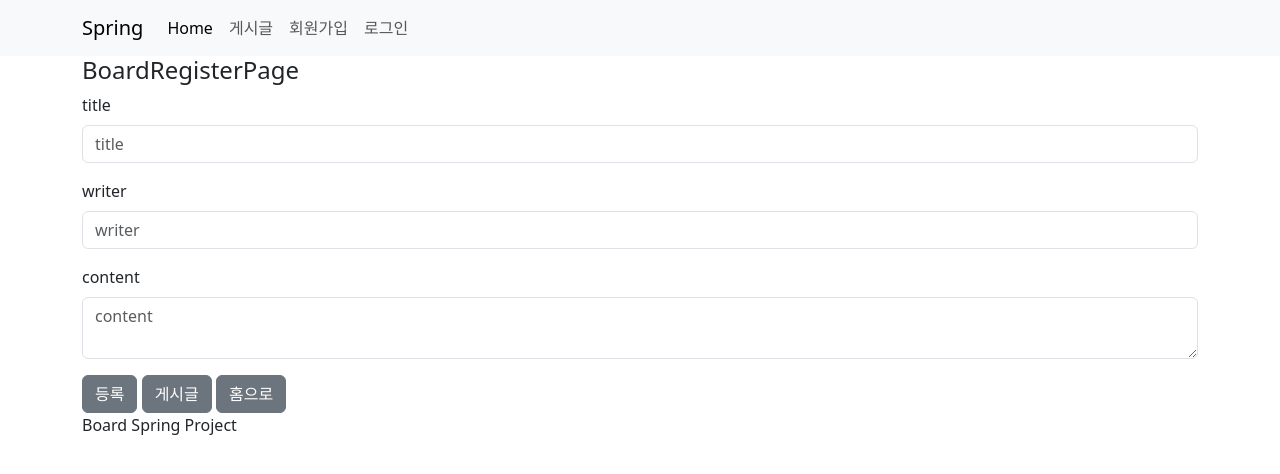
Repository: dasberaht/240430_SPRING_PROJECT
Page: http://localhost/spring_study/WEB-INF/views/board/register.jsp
The author's editor kept a copy of each file at every save. The page is drawn from the files as they stood at one save, then again after the next save.
The browser window is 1280 px wide. The pictures show the whole page.
The page is served by Tomcat 9. Nobody is signed in. The template is opened directly, without the code that normally fills it, so the values that code supplies are empty.

Above is the page before, as saved 2024-04-24 07:20:31.

After the next save:
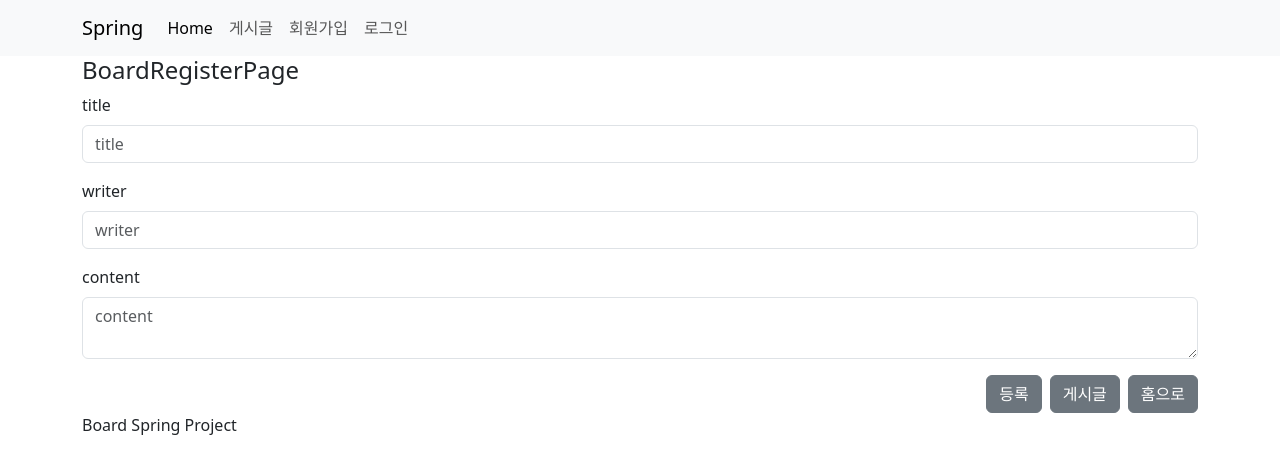
Saved 76 min 36 s later.
--- a/spring_study/src/main/webapp/WEB-INF/views/board/register.jsp
+++ b/spring_study/src/main/webapp/WEB-INF/views/board/register.jsp
@@ -24,9 +24,11 @@
 			  <label for="c" class="form-label">content</label>
 			  <textarea class="form-control"  aria-label="With textarea" id="c" name="content" placeholder="content"></textarea>
 			</div>
+			<div class="d-grid gap-2 d-md-flex justify-content-md-end">
 			<button type="submit" class="btn btn-secondary">등록</button>
 			<a href="/board/list"><button type="button" class="btn btn-secondary">게시글</button></a>
 			<a href="index"><button type="button" class="btn btn-secondary">홈으로</button></a>
+			</div>
 		</form>
 	</div>
 </div>
